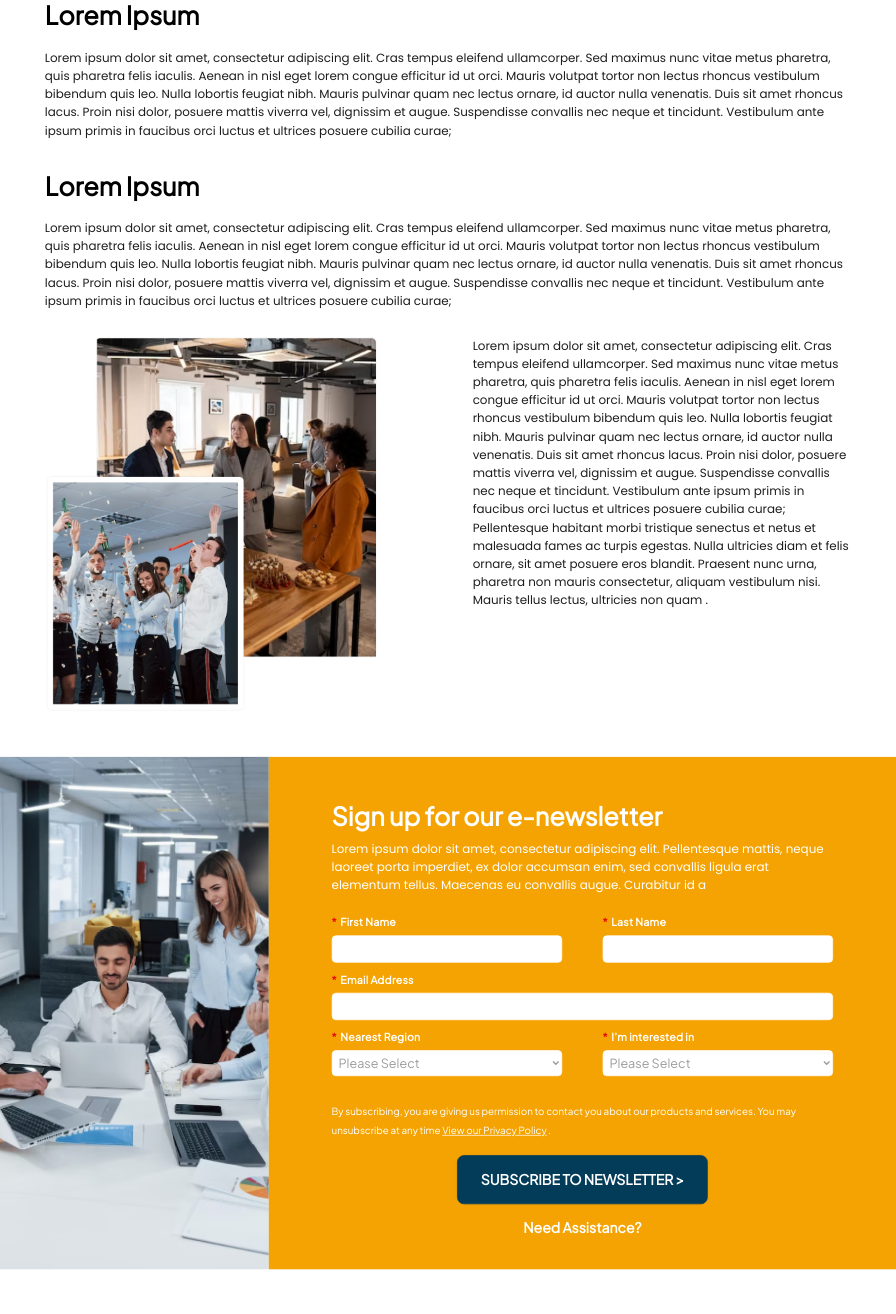
Repository: Akash8377/Hospitality-website
Page: /about-us
An editor plug-in stored every save of this project. The page is shown before and after the next save, followed by the edit.
The browser window is 1280 px wide. The pictures show the part of the page from y = 726 to 2646 px (the page is 2603 px tall before and 2646 px after), at 70% of full size.
Some web libraries are served in a nearby version. The project was rebuilt for these pictures with package versions that can differ from the ones it lists, and the page was loaded fresh each time. Also part of the build but not shown: src/Component/Partial/heading-cont.js, src/Component/Shared/about-us.js, src/Component/Shared/Banner.js, src/Component/Shared/popular-jobs.js, src/Component/Sliders/ServiceSlider.js, src/Component/Sliders/ReviewSlider.js, src/Component/Partial/index-banner.js, src/Component/Partial/index-buisness-banner.js and 2 more.

Above is the page before, as saved 2023-07-07 12:20:47.

After the next save:
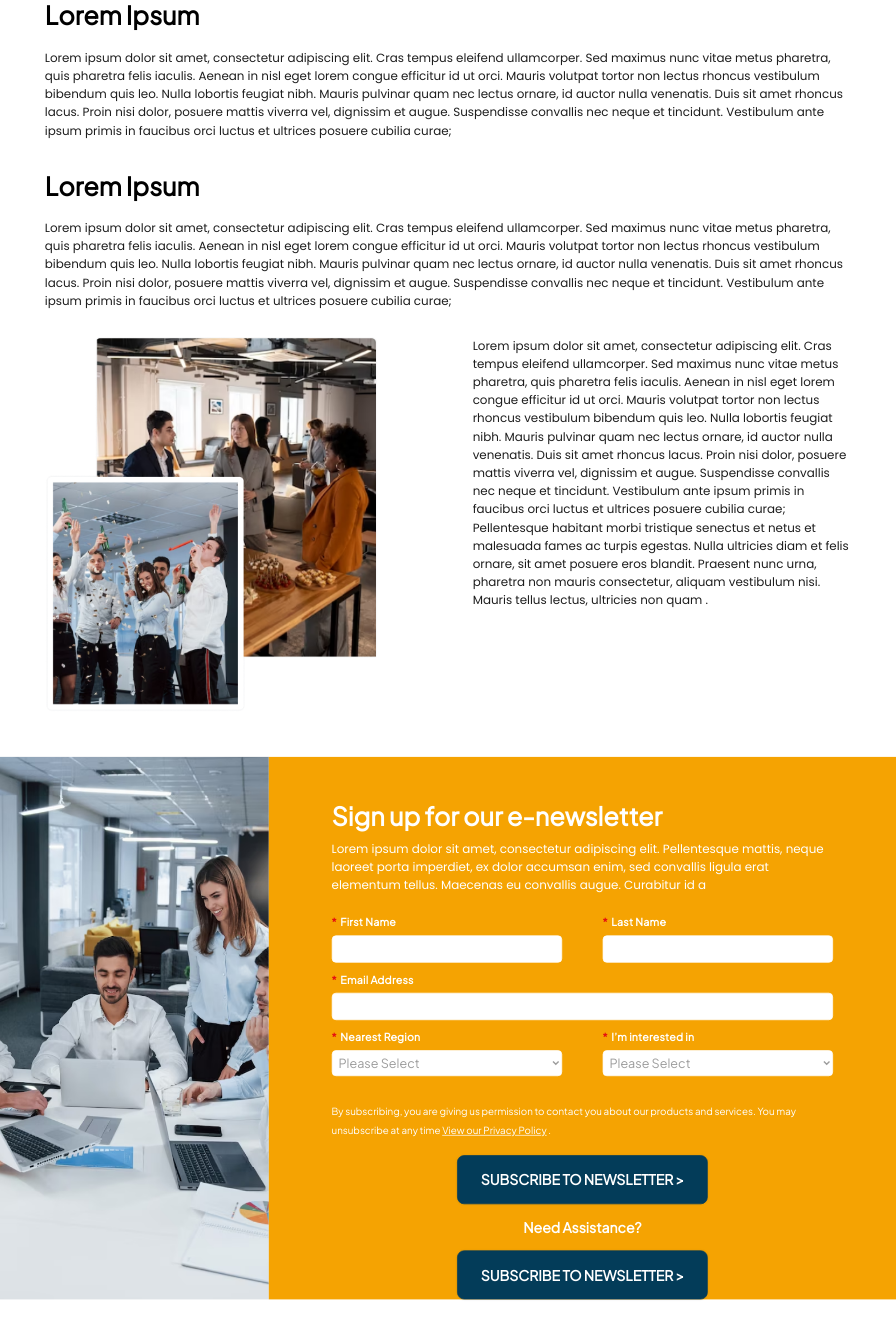
Saved 14 s later.
--- a/src/Component/Partial/About Us Component/Newsletter.js
+++ b/src/Component/Partial/About Us Component/Newsletter.js
@@ -72,6 +72,11 @@
           <p className="Assistance_P">
           Need Assistance?
           </p>
+
+          <button className="NewsLetter_Button">
+          SUBSCRIBE TO NEWSLETTER  {">"}
+          </button>
+
         </div>
       </div>
     </div>

After the save that followed:
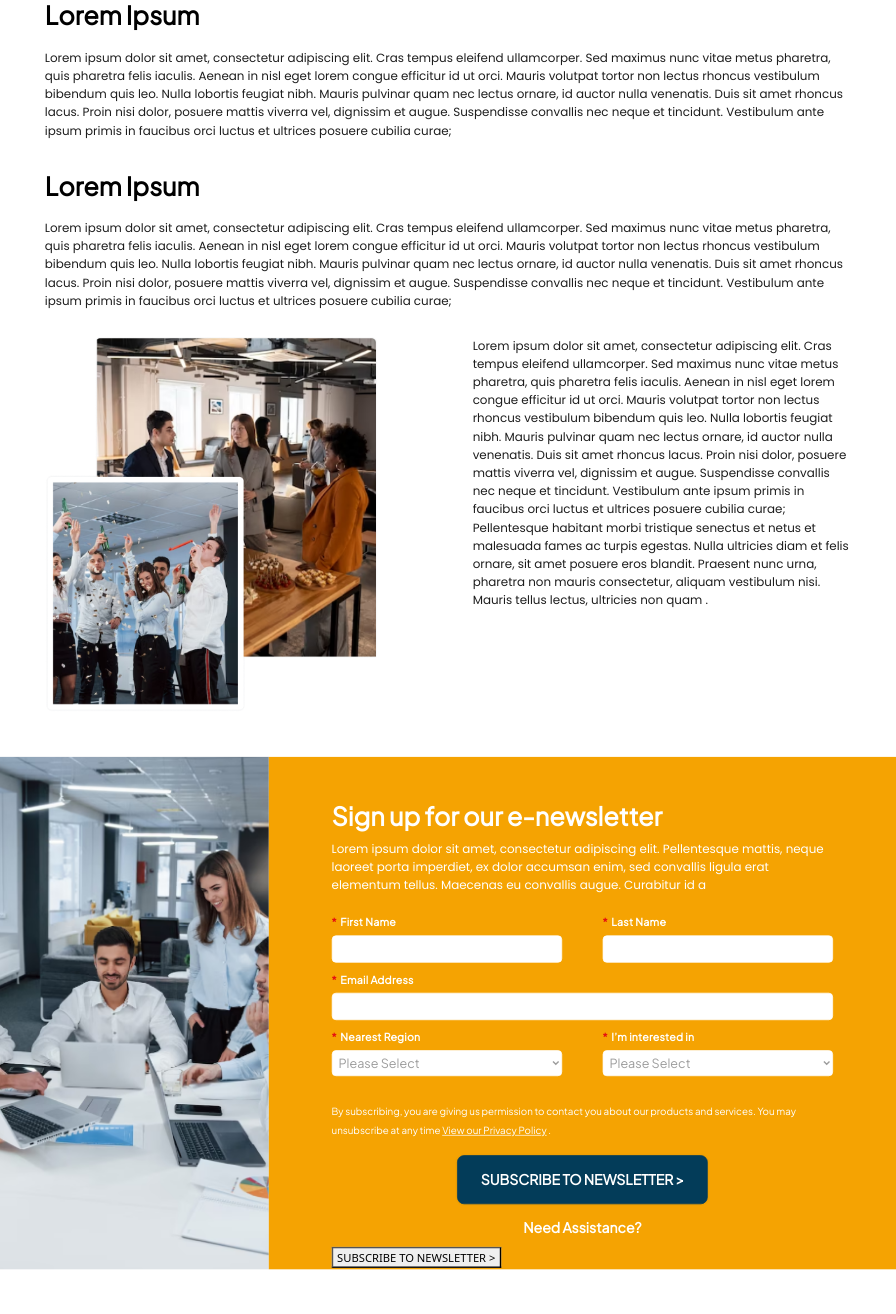
Saved 6 s later.
--- a/src/Component/Partial/About Us Component/Newsletter.js
+++ b/src/Component/Partial/About Us Component/Newsletter.js
@@ -73,7 +73,7 @@
           Need Assistance?
           </p>
 
-          <button className="NewsLetter_Button">
+          <button className="Whatsapp_Button">
           SUBSCRIBE TO NEWSLETTER  {">"}
           </button>
 
